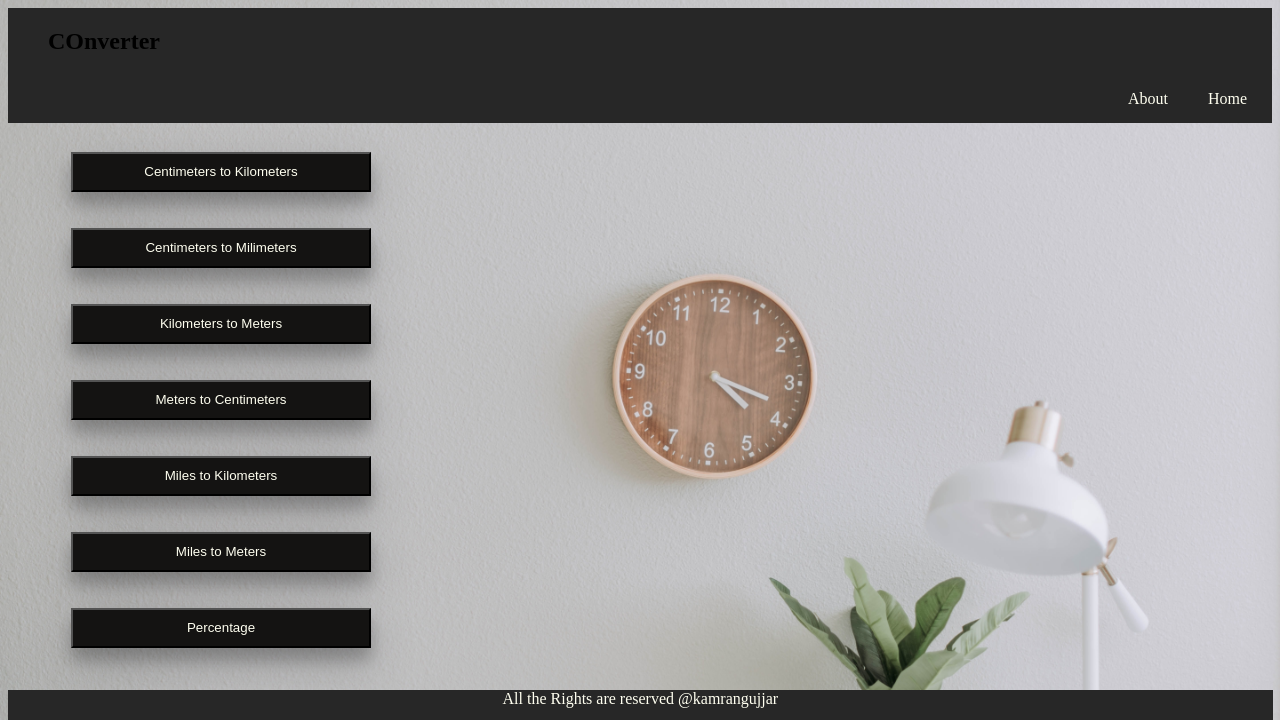
Repository: Kamrangujjar85112/Length-Converter
Page: html/home.html
An editor plug-in stored every save of this project. The page is shown before and after the next save, followed by the edit.
The browser window is 1280 px wide. The pictures show the whole page.

Above is the page before, as saved 2022-01-28 15:30:50.

### html/home.html
<!-- home -->
<!DOCTYPE html>
<html lang="en">
<head>
    <meta charset="UTF-8">
    <meta http-equiv="X-UA-Compatible" content="IE=edge">
    <meta name="viewport" content="width=device-width, initial-scale=1.0">
    <title>Converter</title>
    <link rel="stylesheet" href="../css/style.css">

</head>
<body>

   <div class="container ">

       <!-- navbar -->
        <div class="header">
            <nav>
                <ul class="nav-ul">
                    <h1>COnverter</h1>
                    <li class="nav-li"><a href="home.html">Home</a></li>
                    <li class="nav-li"><a href="about.html">About</a></li>
                </ul>
            </nav>
        <!-- end navbar -->

        <!-- content -->
        </div>
            <ul>
                <!-- Centimeters to Kilometers -->
                <li class="link">
                    <a href="cm_km.html"><button>Centimeters to Kilometers</button></a>
                </li>

                <!-- Centimeters to Milimeters -->
                <li class="link">
                    <a href="cm_mm.html"><button>Centimeters to Milimeters</button></a>
                </li>

                <!-- Kilometers to Meters -->
                <li class="link">
                    <a href="km_m.html"><button>Kilometers to Meters</button></a>
                </li>

                <!-- Meters to Centimeters -->
                <li class="link">
                    <a href="m_cm.html"><button>Meters to Centimeters</button></a>
                </li>

                <!-- Miles to Kilometers -->
                <li class="link">
                    <a href="mi_km.html"><button>Miles to Kilometers</button></a>
                </li>

                <!-- Miles to Meters -->
                <li class="link">
                    <a href="mi_m.html"><button>Miles to Meters</button></a>
                </li>

                <!-- Percentage -->
                <li class="link">
                    <a href="percentage.html"><button>Percentage</button></a>
                </li>
            </ul>
        </div>
        <!-- end content -->

        <!-- footer -->
        <footer class="footer">
            <span>All the Rights are reserved @kamrangujjar</span>
        </footer>
        <!-- end footer -->
    </div>

    <!-- javascript link -->
    <script src="../js/converter.js"></script>
</body>
</html>

### css/style.css
/* body */
body{
    background-image: url('backg.jpg');
    background-repeat: no-repeat;
    background-attachment: fixed;
    background-size: cover;
/* aboutpage  */
}
.aboutclass {
    margin-top: 10px;
    margin-left: 300px;
    margin-bottom: 10px;
    padding-bottom: 30px;
    color: #3F51B5;
    height: 100%;
    width: 50%;
    background-color: rgb(218, 218, 226);
    text-align: left;
}
/* texts on about page */
.texts{
    margin-left: 10px;
    padding-left: 10px;
}
/* skills list */
.listFlex {
    display: flex;
    list-style: none;
    text-decoration: none;
}
/* about image */
img {
  width: 300px;
  height: 300px;
  align-items: center;
  margin-top: 20px;
  padding-left: 150px;
}
/* header of every page */
.header{
    top: 0;
    width: 100%;
    margin: 0;
    position: relative;

}
/* navbar */
.nav-ul{
    list-style-type: none;
    margin: 0;
    overflow: hidden;
    background: rgb(39, 39, 39);
  }
/* navbarlist */
.nav-li {
    padding-right: 10px;
    float: right;
    align-items: inherit;
}
/* navbarlist links  */
.nav-li a {
    display: block;
    color: ivory;
    text-align:center;
    padding: 15px 15px;
    text-decoration: none;
}
/* navbar hover */
.nav-li a:hover {
    background-color: rgba(4, 192, 29, 0.733);
}
/* links on homepage */
.link {
    list-style: none;
    text-align: left;
    align-items: left;
    margin: 10px;
    width: 300px;
}
/* footer class */
footer{
    bottom: 0;
    width: 98.8%;
    position: fixed;
    color: ivory;
    height: 30px;
    text-align: center;
    background: rgb(39, 39, 39);
}
/* button decoration    */
button{
    width: 100%;
    height:40px;
    color: ivory;
    background-color: #141312;
    margin:13px;
    box-shadow: 0 12px 16px 0 rgba(0,0,0,0.24), 0 17px 50px 0 rgba(0,0,0,0.19);
}
/* convert buttons */
#convert{
    width: 100px;
    height:40px;
    color: ivory;
    background-color: #141312;
    margin:13px;
    box-shadow: 0 12px 16px 0 rgba(0,0,0,0.24), 0 17px 50px 0 rgba(0,0,0,0.19);
}
/* reset buttons */
#reset{
    width: 100px;
    height:40px;
    color: ivory;
    background-color: #141312;
    margin:13px;
    box-shadow: 0 12px 16px 0 rgba(0,0,0,0.24), 0 17px 50px 0 rgba(0,0,0,0.19);
}
/* flex box of converters */
.flex-container {
    margin-top: 50px;
    margin-left: 430px;
    display: flex;
    justify-content: center;
    align-items: center;
    height: 300px;
    width: 400px;
    background-color: rgb(218, 218, 226);
    text-align: center;
  }

### js/converter.js
// Getting Elements from the pages
const inputCmToMm = document.getElementById('centimetersToMilimeters');
const inputMiToKm = document.getElementById('milesToKilometers');
const inputMToCm = document.getElementById('metersToCentimeters');
const inputCmToKm = document.getElementById('centimetersToKilometers');
const inputKmToM = document.getElementById('kilometersToMeters');
const inputMiToM = document.getElementById('milesToMeters');
const inputFValue = document.getElementById('firstValue');
const inputSValue = document.getElementById('secondValue');
const p = document.getElementById('percent');
const convert = document.getElementById('convert');
const reset = document.getElementById('reset');

// // Converter
convert?.addEventListener('click', function converter(){
// centimeters To kilometers
if(inputCmToKm?.value){
if(inputCmToKm?.value > 0){
    const Km2 = inputCmToKm?.value / 100000;
    document.getElementById('cmToKmp').style.display ='block';
    document.getElementById('cmToKmpError').style.display ='none';
    document.getElementById('cmToKm').innerHTML = inputCmToKm?.value +' Centimeters are equal to ' +Km2 + ' Kilometers';
}else{

    document.getElementById('cmToKmp').style.display ='none';
    document.getElementById('cmToKmpError').style.display ='block';
    document.getElementById('cmToKmpError').innerHTML =  '<span style="color:red;">Enter A Valid Number</span>';
}}
// centimeters To Milimeters
if(inputCmToMm?.value){
    if(inputCmToMm?.value > 0){
        const Mm = inputCmToMm?.value * 10;
        document.getElementById('cmToMmp').style.display ='block';
        document.getElementById('cmToMmpError').style.display ='none';
        document.getElementById('cmToMm').innerHTML = inputCmToMm?.value +' Centimeters are equal to ' +Mm + ' Milimeters';
    }else{

        document.getElementById('cmToMmp').style.display ='none';
        document.getElementById('cmToMmpError').style.display ='block';
        document.getElementById('cmToMmpError').innerHTML =  '<span style="color:red;">Enter A Valid Number</span>';
    }
}
    // Miles to kilometers
if(inputMiToKm?.value){
    if(inputMiToKm?.value > 0){
        const Km1 = inputMiToKm?.value * 1.609;
        document.getElementById('miToKmp').style.display ='block';
        document.getElementById('miToKmpError').style.display ='none';
        document.getElementById('miToKm').innerHTML = inputMiToKm?.value +' Miles are equal to ' +Km1 + ' Kilometers';
    }else{

        document.getElementById('miToKmp').style.display ='none';
        document.getElementById('miToKmpError').style.display ='block';
        document.getElementById('miToKmpError').innerHTML =  '<span style="color:red;">Enter A Valid Number</span>';
    }
}
// Meters to Centimeters
if(inputMToCm?.value){
    if(inputMToCm?.value > 0){
        const Cm1 = inputMToCm?.value * 100;
        document.getElementById('mToCmp').style.display ='block';
        document.getElementById('mToCmpError').style.display ='none';
        document.getElementById('mToCm').innerHTML = inputMToCm?.value +' Meters are equal to ' +Cm1 + ' Centimeters';
    }else{

        document.getElementById('mToCmp').style.display ='none';
        document.getElementById('mToCmpError').style.display ='block';
        document.getElementById('mToCmpError').innerHTML =  '<span style="color:red;">Enter A Valid Number</span>';
    }
}

    // kilometers To meters
if(inputKmToM?.value){
    if(inputKmToM?.value > 0){
        const M1 = inputKmToM?.value * 1000;
        document.getElementById('kmToMp').style.display ='block';
        document.getElementById('kmToMpError').style.display ='none';
        document.getElementById('kmToM').innerHTML = inputKmToM?.value +' Kilometers are equal to ' +M1 + ' Meters';
    }else{

        document.getElementById('kmToMp').style.display ='none';
        document.getElementById('kmToMpError').style.display ='block';
        document.getElementById('kmToMpError').innerHTML =  '<span style="color:red;">Enter A Valid Number</span>';
    }
}
    // Miles To meters
if(inputMiToM?.value){
    if(inputMiToM?.value > 0){
        const M2 = inputMiToM?.value * 1609;
        document.getElementById('miToMp').style.display ='block';
        document.getElementById('miToMpError').style.display ='none';
        document.getElementById('miToM').innerHTML = inputMiToM?.value +' Miles are equal to ' +M2 + ' Meters';
    }else{

        document.getElementById('miToMp').style.display ='none';
        document.getElementById('miToMpError').style.display ='block';
        document.getElementById('miToMpError').innerHTML =  '<span style="color:red;">Enter A Valid Number</span>';
    }
}
    // percentage
if(inputFValue?.value || inputSValue?.value){
    if(inputFValue?.value  > 0 || inputSValue?.value > 0){
        const fValue = inputFValue?.value;
        const sValue = inputSValue?.value;
        const per = (fValue  / 100) * sValue;
        document.getElementById('percentp').style.display ='block';
        document.getElementById('percentpError').style.display ='none';
        document.getElementById('percent').innerHTML = 'The ' + fValue +' Percent of ' +sValue + ' is ' + per ;
    }else{

        document.getElementById('percentp').style.display ='none';
        document.getElementById('percentpError').style.display ='block';
        document.getElementById('percentpError').innerHTML =  '<span style="color:red;">Enter A Valid Number</span>';
    }
}
});

// // Reset
reset?.addEventListener('click', function reset(){

// centimeters To kilometers
if(inputCmToKm?.value){
    if(inputCmToKm?.value || inputCmToKm?.value === 0 || inputCmToKm?.value != Number){
        document.getElementById('centimetersToKilometers').value = "";
        document.getElementById('cmToKm').innerHTML = "";
        document.getElementById('cmToKmpError').innerHTML = "";
        }
}
// centimeters To Milimeters
if(inputCmToMm?.value){
    if(inputCmToMm?.value || inputCmToMm?.value === 0 || inputCmToMm?.value != Number){
        document.getElementById('centimetersToMilimeters').value= "";
        document.getElementById('cmToMm').innerHTML = "";
        document.getElementById('cmToMmpError').innerHTML = "";
    }
}
// Miles to kilometers
if(inputMiToKm?.value){
    if(inputMiToKm?.value || inputMiToKm?.value === 0 || inputMiToKm?.value != Number){
        document.getElementById('milesToKilometers').value = "";
        document.getElementById('miToKm').innerHTML = "";
        document.getElementById('miToKmpError').innerHTML ="";
    }
}
// Meters to Centimeters
if(inputMToCm?.value){
    if(inputMToCm?.value || inputMToCm?.value === 0 || inputMToCm?.value != Number){
        document.getElementById('metersToCentimeters').value = "";
        document.getElementById('mToCm').innerHTML = "";
        document.getElementById('mToCmpError').innerHTML = "";
    }
}
// kilometers To meters
if(inputKmToM?.value){
    if(inputKmToM?.value || inputKmToM?.value === 0 || inputKmToM?.value != Number){
        document.getElementById('kilometersToMeters').value = "";
        document.getElementById('kmToM').innerHTML = "";
        document.getElementById('kmToMpError').innerHTML ="";
    }
}
// Miles To Meters
if(inputMiToM?.value){
    if(inputMiToM?.value || inputMiToM?.value === 0 || inputMiToM?.value != Number){
        document.getElementById('milesToMeters').value = "";
        document.getElementById('miToM').innerHTML = "";
        document.getElementById('miToMpError').innerHTML= "";
    }
}
// percentage
if(inputFValue?.value || inputSValue?.value){
    if(inputFValue?.value || inputSValue?.value || inputFValue?.value === 0  || inputSValue?.value === 0 || inputFValue?.value != Number || inputSValue?.value != Number){
        document.getElementById('firstValue').value = "";
        document.getElementById('secondValue').value = "";
        document.getElementById('percent').innerHTML = "";
        document.getElementById('percentpError').innerHTML ="";
    }
}
});

After the next save:
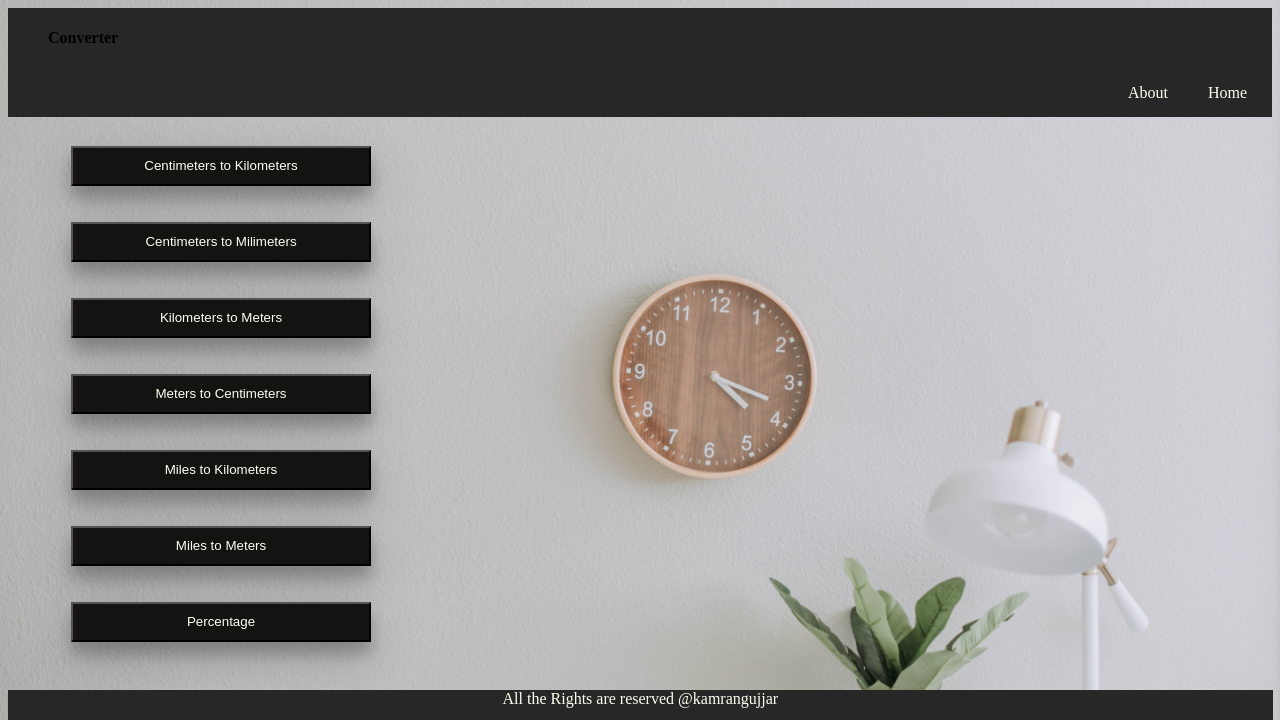
Saved 43 s later.
--- a/html/home.html
+++ b/html/home.html
@@ -17,7 +17,7 @@
         <div class="header">
             <nav>
                 <ul class="nav-ul">
-                    <h1>COnverter</h1>
+                    <h4>Converter</h4>
                     <li class="nav-li"><a href="home.html">Home</a></li>
                     <li class="nav-li"><a href="about.html">About</a></li>
                 </ul>
